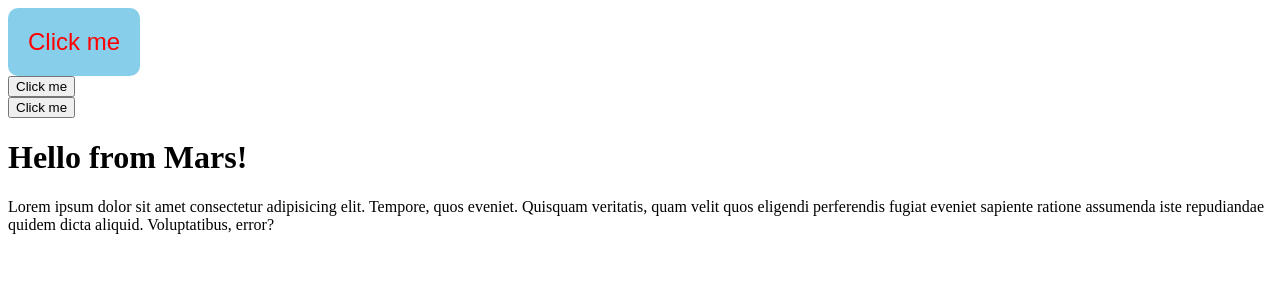
Repository: imokha01/DOM
Page: index.html
An editor plug-in stored every save of this project. The page is shown before and after the next save, followed by the edit.
The browser window is 1280 px wide. The pictures show the whole page.

Above is the page before, as saved 2023-12-18 12:06:33.

### index.html
<!DOCTYPE html>
<html lang="en">
  <head>
    <meta charset="UTF-8" />
    <meta name="viewport" content="width=device-width, initial-scale=1.0" />
    <title>Document</title>
    <link rel="stylesheet" href="./index.css" />
  </head>
  <body>
    <button>Click me</button> <br>
    <button>Click me</button> <br>
    <button>Click me</button>

    <h1>Hello from Mars!</h1>
    <span class="text-desc" id="main-paragraph">
      Lorem ipsum dolor sit amet consectetur adipisicing elit. Tempore, quos
      eveniet.
    </span>
    <span class="text-desc">
      Quisquam veritatis, quam velit quos eligendi perferendis fugiat eveniet
    </span>
    <span id="without-style">
      sapiente ratione assumenda iste repudiandae quidem dicta aliquid.
      Voluptatibus, error?
    </span>
    <script src="./index.js"></script>
  </body>
</html>

### index.js
const button = document.getElementsByTagName("button")[0]
console.log(button)

button.style.backgroundColor = "skyblue"
button.style.padding = "20px";
button.style.border = "none";
button.style.borderRadius = "10px";
button.style.fontSize  = "1.5em";
button.style.color = "red"

const body = document.querySelector("body")
body.style.backgroundColor = "e"

Loaded but not shown: index.css (no copy from this time; the picture is the same without it)

After the next save:
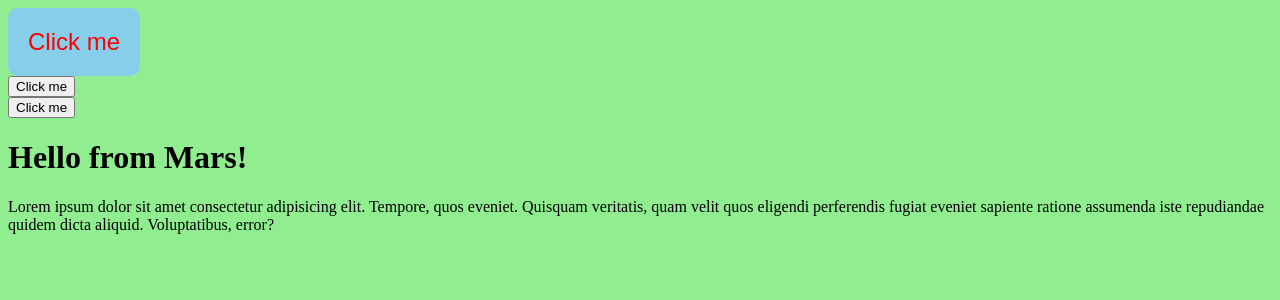
Saved 21 s later.
--- a/index.js
+++ b/index.js
@@ -6,7 +6,7 @@
 button.style.border = "none";
 button.style.borderRadius = "10px";
 button.style.fontSize  = "1.5em";
-button.style.color = "red"
+button.style.color = "red";
 
 const body = document.querySelector("body")
-body.style.backgroundColor = "e"
+body.style.backgroundColor = "lightgreen"

After the save that followed:
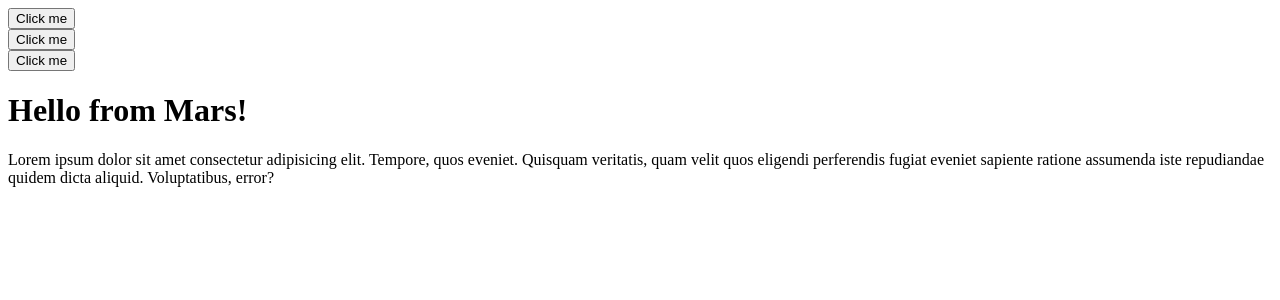
Saved 5 min 12 s later.
--- a/index.js
+++ b/index.js
@@ -1,12 +1,16 @@
-const button = document.getElementsByTagName("button")[0]
-console.log(button)
+// const button = document.getElementsByTagName("button")[0]
+// console.log(button)
 
-button.style.backgroundColor = "skyblue"
-button.style.padding = "20px";
-button.style.border = "none";
-button.style.borderRadius = "10px";
-button.style.fontSize  = "1.5em";
-button.style.color = "red";
+// button.style.backgroundColor = "skyblue"
+// button.style.padding = "20px";
+// button.style.border = "none";
+// button.style.borderRadius = "10px";
+// button.style.fontSize  = "1.5em";
+// button.style.color = "red";
 
-const body = document.querySelector("body")
-body.style.backgroundColor = "lightgreen"
+// const body = document.querySelector("body")
+// body.style.backgroundColor = "lightgreen";
+
+const newDiv = document.createElement("div");
+const newContent = document.createTextNode("hey, What is up");
+newDiv.appendChild(newContent);
